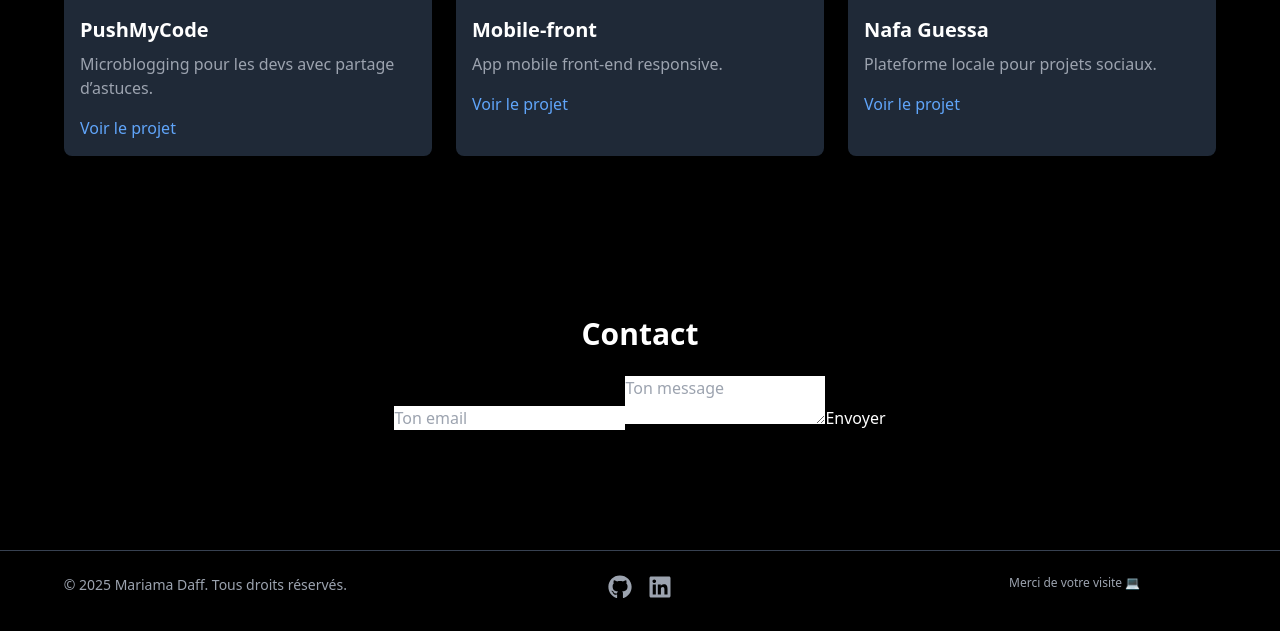
Repository: mariamdaff/Projets_Perso
Page: / (app in mon_portfolio/)
The author's editor kept a copy of each file at every save. The page is drawn from the files as they stood at one save, then again after the next save.
The browser window is 1280 px wide. The pictures show the part of the page from y = 1644 to 2459 px (the page is 2275 px tall before and 2459 px after).
The project was rebuilt for these pictures with package versions that can differ from the ones it lists, and the page was loaded fresh each time. Also part of the build but not shown: mon_portfolio/vite.config.js.

Above is the page before, as saved 2025-04-23 00:37:59.

### mon_portfolio/index.html
<!doctype html>
<html lang="en">
  <head>
    <meta charset="UTF-8" />
    <link rel="icon" type="image/svg+xml" href="/cvFivicon.png" />
    <meta name="viewport" content="width=device-width, initial-scale=1.0" />
    <title>Mon portfolio</title>
  </head>
  <body className="bg-black text-gray-400">
    <div id="root"></div>
    <script type="module" src="/src/main.jsx"></script>
  </body>
</html>

### mon_portfolio/src/main.jsx
import './index.css';
import { StrictMode } from 'react'
import { createRoot } from 'react-dom/client'
import './index.css'
import App from './App.jsx'

createRoot(document.getElementById('root')).render(
  <StrictMode>
    <App />
  </StrictMode>,
)

### mon_portfolio/src/App.jsx
import React from 'react';
import { BrowserRouter as Router, Routes, Route } from 'react-router-dom';
// import NavbarElement from './component/navBar/NavBarComponent';
import Layout from './Layout';


const App = () => {
  return (
    <Router>

      <Routes>
        <Route path="/" element={<Layout />}>
        </Route>
      </Routes>

    </Router>
  );
};

export default App;

### mon_portfolio/src/Layout.jsx
import React from 'react';
import NavbarElement from './components/navBar/NavBarComponent';
import Projets from './components/projets/Projets';
import Contact from './components/contact/Contact';
import APropos from './components/A_Propos/APropos';
import Skills from './components/skills/Skills';
import Footer from './components/footer/Footer';
import { Element } from 'react-scroll';

const Layout = () => {
  return (
    <div className="bg-black min-h-screen text-white scroll-smooth">
      <NavbarElement />
      <main className="p-6 space-y-16">
      <Element name="A_Propos">
          <APropos />
        </Element>
        <Element name="skills">
          <Skills />
        </Element>
        <Element name="projets">
          <Projets />
        </Element>
        <Element name="contact">
          <Contact />
        </Element>

      </main>
      <Footer />
    </div>
  );
};

export default Layout;

### mon_portfolio/src/components/navBar/NavBarComponent.jsx
import React from 'react';
import LiensDeNavigation from './NavBarLiens.jsx';
import Description from './NavBarDescriptionPost.jsx';
import MonNom from './NavBarNom.jsx';

const NavbarElement = () => {
  return (
    <header className="sticky top-0 z-50 bg-gray-800 shadow-md">
      <nav className="text-gray-200 px-8 py-4 flex flex-col sm:flex-row sm:justify-between items-center">

        {/* Partie Nom + Description */}
        <div className="flex flex-col items-center text-center mb-4 sm:mb-0">
          <MonNom />
          <Description />
        </div>

        {/* Liens de navigation */}
        <LiensDeNavigation />
      </nav>
    </header>
  );
};

export default NavbarElement;

### mon_portfolio/src/components/projets/Projets.jsx
import React from 'react';

const Projets = () => {
  const projets = [
    {
      id: 1,
      titre: 'Quiz Game',
      description: 'Projet de quiz interactif avec 5 séries de 4 questions. Tu peux choisir ton thème parmi 3.',
      image: '/assets/img/quiz-game.png',
      link: 'https://github.com/tonprofil/quiz-game'
    },
    {
      id: 2,
      titre: 'Dataviz & API',
      description: 'Application météo avec animations visuelles.',
      image: '/assets/img/meteo-app.png',
      link: 'https://github.com/tonprofil/meteo-app'
    },
    {
      id: 3,
      titre: 'Littoral Propre',
      description: 'Back-Office pour une association qui collecte des déchets sur la plage.',
      image: '/assets/img/littoral.png',
      link: 'https://github.com/tonprofil/littoral-propre'
    },
    {
      id: 4,
      titre: 'PushMyCode',
      description: 'Microblogging pour les devs avec partage d’astuces.',
      image: '/assets/img/pushmycode.png',
      link: 'https://github.com/tonprofil/pushmycode'
    },
    {
      id: 5,
      titre: 'Mobile-front',
      description: 'App mobile front-end responsive.',
      image: '/assets/img/mobile-front.png',
      link: 'https://github.com/tonprofil/mobile-front'
    },
    {
      id: 6,
      titre: 'Nafa Guessa',
      description: 'Plateforme locale pour projets sociaux.',
      image: '/assets/img/nafa-guessa.png',
      link: 'https://github.com/tonprofil/nafa-guessa'
    },
  ];

  return (
    <section className="py-12 px-4 bg-black text-white ">
      <h2 className="text-3xl font-bold mb-8 text-center">My Projects</h2>
      <div className="grid grid-cols-1 sm:grid-cols-2 lg:grid-cols-3 gap-6 max-w-6xl mx-auto">
        {projets.map((projet) => (
          <div
            key={projet.id}
            className="bg-gray-800 rounded-lg overflow-hidden shadow-lg hover:scale-105 transition"
          >
            <img
              src={projet.image}
              alt={projet.titre}
              className="w-full h-48 object-cover"
            />
            <div className="p-4">
              <h3 className="text-xl font-semibold mb-2">{projet.titre}</h3>
              <p className="text-gray-400 mb-4">{projet.description}</p>
              <a
                href={projet.link}
                target="_blank"
                rel="noopener noreferrer"
                className="text-blue-400 hover:underline"
              >
                Voir le projet
              </a>
            </div>
          </div>
        ))}
      </div>
    </section>
  );
};

export default Projets;

### mon_portfolio/src/components/contact/Contact.jsx
import React, { useState } from 'react';

const Contact = () => {
  const [isSubmitted, setIsSubmitted] = useState(false);

  const handleSubmit = (e) => {
    e.preventDefault(); // Empêche la soumission par défaut pour pouvoir gérer l'état
    setIsSubmitted(true); // Marque le formulaire comme soumis
  };

  return (
    <section className="py-12 text-center">
      <h2 className="text-3xl font-semibold mb-6">Contact</h2>

      {!isSubmitted ? (
      <form action="https://formspree.io/f/meogqawe" method="POST">
      <input type="email" name="email" placeholder="Ton email" />
      <textarea name="message" placeholder="Ton message"></textarea>
      <button type="submit">Envoyer</button>
    </form>

      ) : (
        <div className="bg-gray-800 text-white px-4 py-2 rounded">
          Merci pour votre message ! Je reviendrais vers vous sous peu.
        </div>
      )}
    </section>
  );
};

export default Contact;

### mon_portfolio/src/components/A_Propos/APropos.jsx
import React from 'react';
const APropos = () =>{
    return(
        <section className="text-center py-12">
        <h2 className="text-3xl font-semibold mb-6">A Propos de moi</h2>
       <p className="text-lg text-gray-200 mb-8">En tant que développeur web full-stack, je valorise autant les compétences techniques que les soft skills,
         indispensables pour mener à bien un projet. Je privilégie une communication claire et ouverte avec mes collègues et clients,
          je fais preuve de résilience face aux imprévus, et je garde une curiosité constante pour rester à jour et progresser.
          Passionné par le travail d’équipe, j’évolue avec enthousiasme dans des environnements collaboratifs où l’on partage les idées,
           s’entraide, et vise toujours l’excellence.</p>
      </section>
    );

};
export default APropos;

### mon_portfolio/src/components/skills/Skills.jsx
import React from 'react';
import { DiHtml5, DiCss3, DiJavascript1, DiReact, DiPhp, DiGit} from 'react-icons/di';
import { SiTailwindcss, SiVuedotjs } from 'react-icons/si';
import { FaGithub, FaDocker } from 'react-icons/fa';
import { SiLaravel } from 'react-icons/si';

const Skills = () => {
  return (
    <section className="py-10 bg-black text-white text-center">
      <h2 className="text-3xl font-bold mb-6">Technologies</h2>
      <div className="grid grid-cols-2 sm:grid-cols-3 lg:grid-cols-4 gap-8 justify-items-center text-6xl">
  <DiHtml5 title="HTML5" className="hover:text-orange-500 transition bg-gray-800 p-2" />
  <DiCss3 title="CSS3" className="hover:text-blue-500 transition" />
  <DiJavascript1 title="JavaScript" className="hover:text-yellow-400 transition" />
  <DiPhp title="PHP" className="hover:text-indigo-400 transition" />
  <SiTailwindcss title="Tailwind CSS" className="hover:text-teal-300 transition" />
  <SiVuedotjs title="Vue.js" className="hover:text-green-400 transition" />
  <DiReact title="React" className="hover:text-cyan-400 transition" />
  <SiLaravel title="Laravel" className="hover:text-red-600 transition" />
  <DiGit title="Git" className="hover:text-orange-400 transition" />
  <FaGithub title="GitHub" className="hover:text-gray-300 transition" />
  <FaDocker title="Docker" className="hover:text-blue-300 transition" />


</div>

    </section>
  );
};

export default Skills;

### mon_portfolio/src/components/footer/Footer.jsx
import React from 'react';
import { FaGithub, FaLinkedin } from 'react-icons/fa';

const Footer = () => {
  return (
    <footer className="bg-black text-gray-400 text-center py-6 mt-12 border-t border-gray-700 grid grid-cols-1 sm:grid-cols-2 lg:grid-cols-3 gap-6">
      <p className="text-sm mb-2">© 2025 Mariama Daff. Tous droits réservés.</p>

      <div className="flex justify-center space-x-4 text-2xl mb-2">
        <a
          href="https://github.com/mariamdaff"
          target="_blank"
          rel="noopener noreferrer"
          className="hover:text-white transition"
        >
          <FaGithub />
        </a>
        <a
          href="https://www.linkedin.com/in/mariama-daff"
          target="_blank"
          rel="noopener noreferrer"
          className="hover:text-white transition"
        >
          <FaLinkedin />
        </a>
      </div>

      <p className="text-xs">Merci de votre visite 💻</p>
    </footer>
  );
};

export default Footer;

### mon_portfolio/src/components/navBar/NavBarLiens.jsx
import React from 'react';
import { Link } from 'react-scroll';

//  import { Link } from 'react-router-dom';



const LiensDeNavigation = () =>{
return (
    <ul className="flex flex-col sm:flex-row space-y-4 sm:space-y-0 sm:space-x-6 items-center">
      <li> <a
            href="/monCV.pdf"
            target="_blank"
            rel="noopener noreferrer"
            className="btn-nav hover:text-gray-400 transition"
            >
             View CV
        </a></li>

      <li><a href="https://www.linkedin.com/in/mariama-daff"
            target="_blank"
            rel="noopener noreferrer"
            className="nav-btn  hover:text-gray-400 transition"
            >
            LinkedIn
        </a></li>

        <Link
  to="A_Propos"
  smooth={true}
  duration={500}
  offset={-70}
  className="cursor-pointer hover:text-gray-400 transition"
>
  About
</Link>

<Link
  to="skills"
  smooth={true}
  duration={500}
  offset={-70}
  className="cursor-pointer hover:text-gray-400 transition"
>
  Skills
</Link>

        <Link
  to="projets"
  smooth={true}
  duration={500}
  offset={-70} // décale pour prendre en compte ta navbar
  className="cursor-pointer hover:text-gray-400 transition"
>
  Projects
</Link>

<Link
  to="contact"
  smooth={true}
  duration={500}
  offset={-70}
  className="cursor-pointer hover:text-gray-400 transition"
>
  Contact
</Link>



    </ul>
  );
};

export default LiensDeNavigation;

### mon_portfolio/src/components/navBar/NavBarDescriptionPost.jsx
import React from 'react';

const Description = () =>{
return (
   <p className="text-md mt-2">Developpeuse fullstack</p>
  );
};

export default Description;

### mon_portfolio/src/components/navBar/NavBarNom.jsx
import React from 'react';

const MonNom = () =>{
return (
   <h1 className="text-4xl font-bold text-gray-400">Mariama Daff</h1>
  );
};

export default MonNom;

Loaded but not shown: mon_portfolio/src/index.css (common file); mon_portfolio/tailwind.config.js (common file)

After the next save:
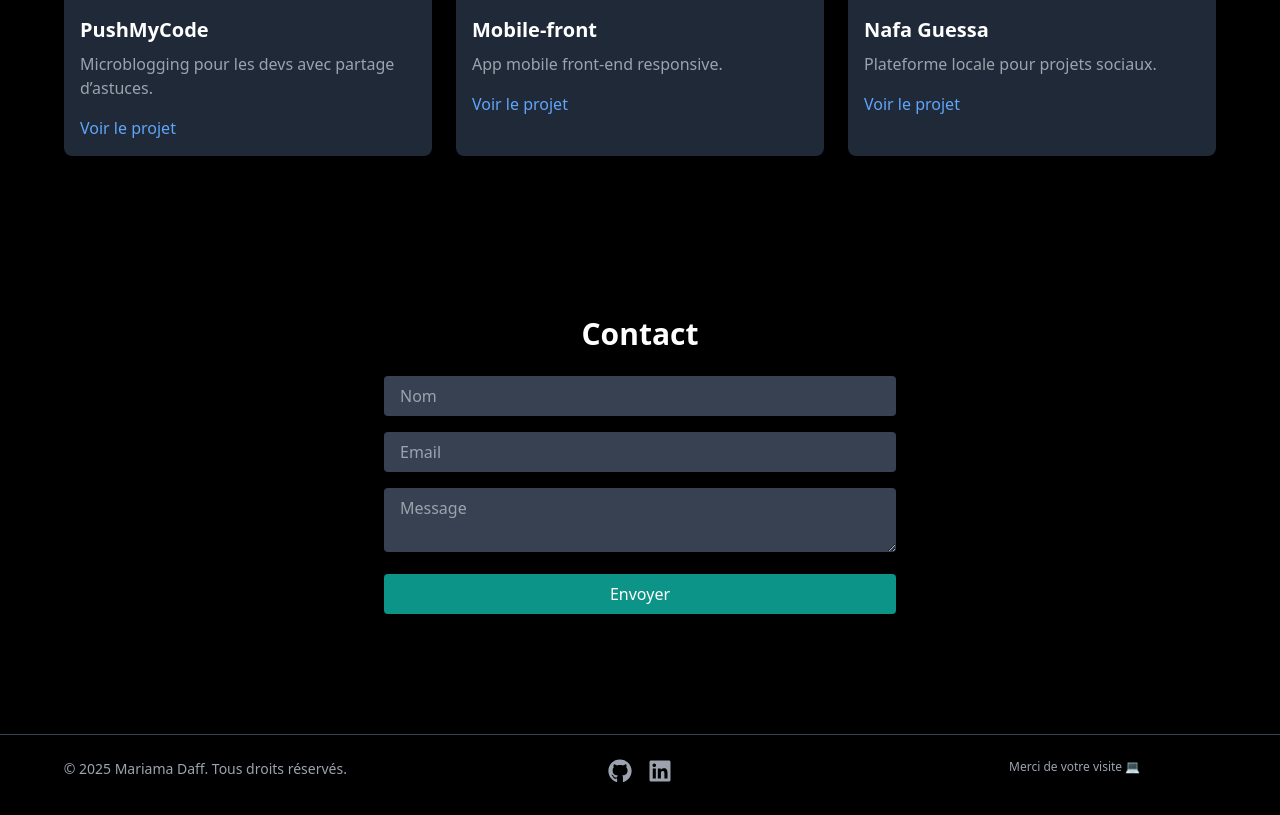
Saved 3 min 36 s later.
--- a/mon_portfolio/src/components/contact/Contact.jsx
+++ b/mon_portfolio/src/components/contact/Contact.jsx
@@ -2,26 +2,46 @@
 
 const Contact = () => {
   const [isSubmitted, setIsSubmitted] = useState(false);
-
-  const handleSubmit = (e) => {
-    e.preventDefault(); // Empêche la soumission par défaut pour pouvoir gérer l'état
-    setIsSubmitted(true); // Marque le formulaire comme soumis
-  };
 
   return (
     <section className="py-12 text-center">
       <h2 className="text-3xl font-semibold mb-6">Contact</h2>
 
       {!isSubmitted ? (
-      <form action="https://formspree.io/f/meogqawe" method="POST">
-      <input type="email" name="email" placeholder="Ton email" />
-      <textarea name="message" placeholder="Ton message"></textarea>
-      <button type="submit">Envoyer</button>
-    </form>
+        <form
+          action="https://formspree.io/f/meogqawe"
+          method="POST"
+          className="max-w-lg mx-auto"
+          onSubmit={() => setIsSubmitted(true)} // Plus de preventDefault ici
+        >
+          <input
+            type="text"
+            name="name"
+            placeholder="Nom"
+            required
+            className="bg-gray-700 text-white px-4 py-2 rounded mb-4 w-full"
+          />
 
+          <input
+            type="email"
+            name="email"
+            placeholder="Email"
+            required
+            className="bg-gray-700 text-white px-4 py-2 rounded mb-4 w-full"
+          />
+
+          <textarea
+            name="message"
+            placeholder="Message"
+            required
+            className="bg-gray-700 text-white px-4 py-2 rounded mb-4 w-full"
+          />
+
+          <button type="submit" className="bg-teal-600 px-6 py-2 rounded w-full">Envoyer</button>
+        </form>
       ) : (
-        <div className="bg-gray-800 text-white px-4 py-2 rounded">
-          Merci pour votre message ! Je reviendrais vers vous sous peu.
+        <div className="bg-green-500 text-white px-4 py-2 rounded">
+          Merci pour votre message ! Je vous recontacterai très vite.
         </div>
       )}
     </section>
